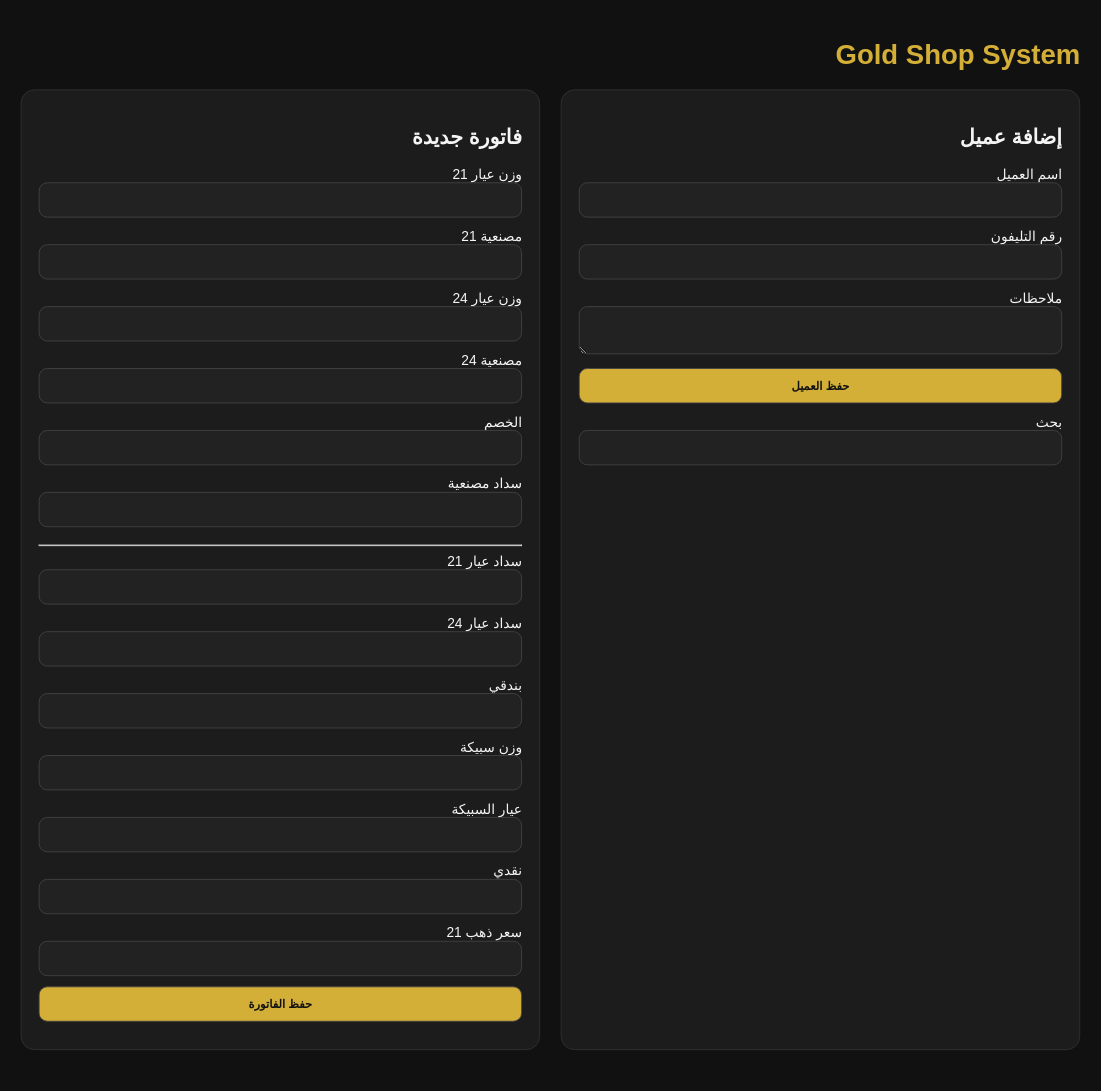
Repository: erineehab27/gold-shop
Page: /
The author's editor kept a copy of each file at every save. The page is drawn from the files as they stood at one save, then again after the next save.
The browser window is 1280 px wide. The pictures show the whole page, at 86% of full size.
The project was rebuilt for these pictures with package versions that can differ from the ones it lists, and the page was loaded fresh each time. Also part of the build but not shown: vite.config.js.

Above is the page before, as saved 2026-05-09 23:32:28.

### index.html
<!doctype html>
<html lang="en">
  <head>
    <meta charset="UTF-8" />
    <link rel="icon" type="image/svg+xml" href="/favicon.svg" />
    <meta name="viewport" content="width=device-width, initial-scale=1.0" />
    <title>gold-shop-system</title>
  </head>
  <body>
    <div id="root"></div>
    <script type="module" src="/src/main.jsx"></script>
  </body>
</html>

### src/main.jsx
import React from "react";
import ReactDOM from "react-dom/client";
import App from "./App.jsx";

ReactDOM.createRoot(document.getElementById("root")).render(
  <React.StrictMode>
    <App />
  </React.StrictMode>
);

### src/App.jsx


// import { useEffect, useState } from "react";
// import "./App.css";

// export default function App() {
//   const [customers, setCustomers] = useState([]);
//   const [selectedCustomer, setSelectedCustomer] = useState(null);
//   const [search, setSearch] = useState("");

//   const [customerForm, setCustomerForm] = useState({
//     name: "",
//     phone: "",
//     notes: "",
//   });

//   const [invoiceForm, setInvoiceForm] = useState({
//     type: "sale",

//     weight21: "",
//     workmanship21: "",

//     weight24: "",
//     workmanship24: "",

//     discount: "",

//     pay21: "",
//     pay24: "",
//     payCash: "",
//     goldPrice21: "",
//     payNugget: "",
//     payBarWeight: "",
//     payBarKarat: "",

//     payWorkmanship: "", // 🔥 سداد المصنعية
//   });

//   const [invoices, setInvoices] = useState([]);

//   useEffect(() => {
//     const savedCustomers = JSON.parse(localStorage.getItem("customers")) || [];
//     const savedInvoices = JSON.parse(localStorage.getItem("invoices")) || [];

//     setCustomers(savedCustomers);
//     setInvoices(savedInvoices);
//   }, []);

//   // 🔥 تقريب لرقمين عشري
//   const fix = (num) => Number(num.toFixed(2));

//   const to21_from24 = (w) => fix(w * (999.9 / 875));
//   const nuggetTo21 = (w) => fix(w * (991 / 875));
//   const barTo21 = (w, k) => fix((w * k) / 875);
//   const cashTo21 = (cash, price) => fix(price ? cash / price : 0);

//   const addCustomer = (e) => {
//     e.preventDefault();

//     if (!customerForm.name) return alert("اكتب اسم العميل");

//     const newCustomer = { id: Date.now(), ...customerForm };

//     const updated = [...customers, newCustomer];
//     setCustomers(updated);
//     localStorage.setItem("customers", JSON.stringify(updated));

//     setCustomerForm({ name: "", phone: "", notes: "" });

//     alert("تم حفظ العميل ✅");
//   };

//   const addInvoice = (e) => {
//     e.preventDefault();

//     if (!selectedCustomer) return alert("اختار عميل");

//     const w21 = Number(invoiceForm.weight21 || 0);
//     const w24 = Number(invoiceForm.weight24 || 0);

//     const eq21_from24 = to21_from24(w24);
//     const totalWeight21 = fix(w21 + eq21_from24);

//     // المصنعيات
//     const workmanshipTotal = fix(
//       Number(invoiceForm.workmanship21 || 0) +
//         Number(invoiceForm.workmanship24 || 0) -
//         Number(invoiceForm.discount || 0)
//     );

//     const payWorkmanship = Number(invoiceForm.payWorkmanship || 0);
//     const remainingWorkmanship = fix(workmanshipTotal - payWorkmanship);

//     // السداد
//     const pay21 = Number(invoiceForm.pay21 || 0);
//     const pay24 = to21_from24(Number(invoiceForm.pay24 || 0));
//     const payNuggetVal = nuggetTo21(Number(invoiceForm.payNugget || 0));
//     const payBarVal = barTo21(
//       Number(invoiceForm.payBarWeight || 0),
//       Number(invoiceForm.payBarKarat || 0)
//     );
//     const payCashVal = cashTo21(
//       Number(invoiceForm.payCash || 0),
//       Number(invoiceForm.goldPrice21 || 0)
//     );

//     const totalPaid21 = fix(
//       pay21 + pay24 + payNuggetVal + payBarVal + payCashVal
//     );

//     const remainingGold = fix(totalWeight21 - totalPaid21);

//     const newInvoice = {
//       id: Date.now(),
//       customer_id: selectedCustomer.id,
//       totalWeight21,
//       workmanshipTotal,
//       totalPaid21,
//       remainingGold,
//       remainingWorkmanship, // 🔥 المتبقي مصنعية
//       date: new Date().toLocaleString(),
//     };

//     const updated = [...invoices, newInvoice];
//     setInvoices(updated);
//     localStorage.setItem("invoices", JSON.stringify(updated));

//     alert("تم حفظ الفاتورة ✅");
//   };

//   const customerInvoices = invoices.filter(
//     (inv) => inv.customer_id === selectedCustomer?.id
//   );

//   const handleSearch = (value) => {
//     setSearch(value);
//     const all = JSON.parse(localStorage.getItem("customers")) || [];

//     if (!value) return setCustomers(all);

//     const filtered = all.filter(
//       (c) =>
//         c.name.includes(value) ||
//         c.phone.includes(value) ||
//         String(c.id).includes(value)
//     );

//     setCustomers(filtered);
//   };

//   return (
//     <div className="app">
//       <h1>Gold Shop System</h1>

//       <div className="grid">
//         <section className="card">
//           <h2>إضافة عميل</h2>

//           <form onSubmit={addCustomer}>
//             <label>اسم العميل</label>
//             <input
//               value={customerForm.name}
//               onChange={(e) =>
//                 setCustomerForm({ ...customerForm, name: e.target.value })
//               }
//             />

//             <label>رقم التليفون</label>
//             <input
//               value={customerForm.phone}
//               onChange={(e) =>
//                 setCustomerForm({ ...customerForm, phone: e.target.value })
//               }
//             />

//             <label>ملاحظات</label>
//             <textarea
//               value={customerForm.notes}
//               onChange={(e) =>
//                 setCustomerForm({ ...customerForm, notes: e.target.value })
//               }
//             />

//             <button>حفظ العميل</button>
//           </form>

//           <label>بحث</label>
//           <input
//             value={search}
//             onChange={(e) => handleSearch(e.target.value)}
//           />

//           <div className="list">
//             {customers.map((c) => (
//               <div
//                 key={c.id}
//                 className="customer"
//                 onClick={() => setSelectedCustomer(c)}
//               >
//                 <strong>#{c.id} - {c.name}</strong>
//                 <span>{c.phone}</span>
//               </div>
//             ))}
//           </div>
//         </section>

//         <section className="card">
//           <h2>فاتورة جديدة</h2>

//           {selectedCustomer && <p>{selectedCustomer.name}</p>}

//           <form onSubmit={addInvoice}>
//             <label>وزن عيار 21</label>
//             <input onChange={(e) =>
//               setInvoiceForm({ ...invoiceForm, weight21: e.target.value })
//             } />

//             <label>مصنعية 21</label>
//             <input onChange={(e) =>
//               setInvoiceForm({ ...invoiceForm, workmanship21: e.target.value })
//             } />

//             <label>وزن عيار 24</label>
//             <input onChange={(e) =>
//               setInvoiceForm({ ...invoiceForm, weight24: e.target.value })
//             } />

//             <label>مصنعية 24</label>
//             <input onChange={(e) =>
//               setInvoiceForm({ ...invoiceForm, workmanship24: e.target.value })
//             } />

//             <label>الخصم</label>
//             <input onChange={(e) =>
//               setInvoiceForm({ ...invoiceForm, discount: e.target.value })
//             } />

//             <label>سداد مصنعية</label>
//             <input onChange={(e) =>
//               setInvoiceForm({ ...invoiceForm, payWorkmanship: e.target.value })
//             } />

//             <hr />

//             <label>سداد عيار 21</label>
//             <input onChange={(e) =>
//               setInvoiceForm({ ...invoiceForm, pay21: e.target.value })
//             } />

//             <label>سداد عيار 24</label>
//             <input onChange={(e) =>
//               setInvoiceForm({ ...invoiceForm, pay24: e.target.value })
//             } />

//             <label>بندقي</label>
//             <input onChange={(e) =>
//               setInvoiceForm({ ...invoiceForm, payNugget: e.target.value })
//             } />

//             <label>وزن سبيكة</label>
//             <input onChange={(e) =>
//               setInvoiceForm({ ...invoiceForm, payBarWeight: e.target.value })
//             } />

//             <label>عيار السبيكة</label>
//             <input onChange={(e) =>
//               setInvoiceForm({ ...invoiceForm, payBarKarat: e.target.value })
//             } />

//             <label>نقدي</label>
//             <input onChange={(e) =>
//               setInvoiceForm({ ...invoiceForm, payCash: e.target.value })
//             } />

//             <label>سعر ذهب 21</label>
//             <input onChange={(e) =>
//               setInvoiceForm({ ...invoiceForm, goldPrice21: e.target.value })
//             } />

//             <button>حفظ الفاتورة</button>
//           </form>
//         </section>
//       </div>

//       <section className="card">
//         <h2>كشف الحساب</h2>

//         {selectedCustomer && (
//           <table>
//             <thead>
//               <tr>
//                 <th>إجمالي 21</th>
//                 <th>مصنعية</th>
//                 <th>المتبقي مصنعية</th>
//                 <th>مدفوع 21</th>
//                 <th>المتبقي</th>
//                 <th>تاريخ</th>
//               </tr>
//             </thead>

//             <tbody>
//               {customerInvoices.map((inv) => (
//                 <tr key={inv.id}>
//                   <td>{inv.totalWeight21}</td>
//                   <td>{inv.workmanshipTotal}</td>
//                   <td>{inv.remainingWorkmanship}</td>
//                   <td>{inv.totalPaid21}</td>
//                   <td>{inv.remainingGold}</td>
//                   <td>{inv.date}</td>
//                 </tr>
//               ))}
//             </tbody>
//           </table>
//         )}
//       </section>
//     </div>
//   );
// }










import { useEffect, useState } from "react";
import "./App.css";

export default function App() {
  const [customers, setCustomers] = useState([]);
  const [selectedCustomer, setSelectedCustomer] = useState(null);
  const [search, setSearch] = useState("");

  const [customerForm, setCustomerForm] = useState({
    name: "",
    phone: "",
    notes: "",
  });

  const [invoiceForm, setInvoiceForm] = useState({
    type: "sale",

    weight21: "",
    workmanship21: "",

    weight24: "",
    workmanship24: "",

    discount: "",

    pay21: "",
    pay24: "",
    payCash: "",
    goldPrice21: "",
    payNugget: "",
    payBarWeight: "",
    payBarKarat: "",

    payWorkmanship: "", // 🔥 سداد المصنعية
  });

  const [invoices, setInvoices] = useState([]);

  useEffect(() => {
    const savedCustomers = JSON.parse(localStorage.getItem("customers")) || [];
    const savedInvoices = JSON.parse(localStorage.getItem("invoices")) || [];

    setCustomers(savedCustomers);
    setInvoices(savedInvoices);
  }, []);

  // 🔥 تقريب لرقمين عشري
  const fix = (num) => Number(num.toFixed(2));

  const to21_from24 = (w) => fix(w * (999.9 / 875));
  const nuggetTo21 = (w) => fix(w * (991 / 875));
  const barTo21 = (w, k) => fix((w * k) / 875);
  const cashTo21 = (cash, price) => fix(price ? cash / price : 0);

  const addCustomer = (e) => {
    e.preventDefault();

    if (!customerForm.name) return alert("اكتب اسم العميل");

    const newCustomer = { id: Date.now(), ...customerForm };

    const updated = [...customers, newCustomer];
    setCustomers(updated);
    localStorage.setItem("customers", JSON.stringify(updated));

    setCustomerForm({ name: "", phone: "", notes: "" });

    alert("تم حفظ العميل ✅");
  };

  const addInvoice = (e) => {
    e.preventDefault();

    if (!selectedCustomer) return alert("اختار عميل");

    const w21 = Number(invoiceForm.weight21 || 0);
    const w24 = Number(invoiceForm.weight24 || 0);

    const eq21_from24 = to21_from24(w24);
    const totalWeight21 = fix(w21 + eq21_from24);

    // المصنعيات
    const workmanshipTotal = fix(
      Number(invoiceForm.workmanship21 || 0) +
        Number(invoiceForm.workmanship24 || 0) -
        Number(invoiceForm.discount || 0)
    );

    const payWorkmanship = Number(invoiceForm.payWorkmanship || 0);
    const remainingWorkmanship = fix(workmanshipTotal - payWorkmanship);

    // السداد
    const pay21 = Number(invoiceForm.pay21 || 0);
    const pay24 = to21_from24(Number(invoiceForm.pay24 || 0));
    const payNuggetVal = nuggetTo21(Number(invoiceForm.payNugget || 0));
    const payBarVal = barTo21(
      Number(invoiceForm.payBarWeight || 0),
      Number(invoiceForm.payBarKarat || 0)
    );
    const payCashVal = cashTo21(
      Number(invoiceForm.payCash || 0),
      Number(invoiceForm.goldPrice21 || 0)
    );

    const totalPaid21 = fix(
      pay21 + pay24 + payNuggetVal + payBarVal + payCashVal
    );

    const remainingGold = fix(totalWeight21 - totalPaid21);

    const newInvoice = {
      id: Date.now(),
      customer_id: selectedCustomer.id,
      totalWeight21,
      workmanshipTotal,
      totalPaid21,
      remainingGold,
      remainingWorkmanship, // 🔥 المتبقي مصنعية
      date: new Date().toLocaleString(),
    };

    const updated = [...invoices, newInvoice];
    setInvoices(updated);
    localStorage.setItem("invoices", JSON.stringify(updated));

    alert("تم حفظ الفاتورة ✅");
  };

  const customerInvoices = invoices.filter(
    (inv) => inv.customer_id === selectedCustomer?.id
  );

  const handleSearch = (value) => {
    setSearch(value);
    const all = JSON.parse(localStorage.getItem("customers")) || [];

    if (!value) return setCustomers(all);

    const filtered = all.filter(
      (c) =>
        c.name.includes(value) ||
        c.phone.includes(value) ||
        String(c.id).includes(value)
    );

    setCustomers(filtered);
  };

  return (
    <div className="app">
      <h1>Gold Shop System</h1>

      <div className="grid">
        <section className="card">
          <h2>إضافة عميل</h2>

          <form onSubmit={addCustomer}>
            <label>اسم العميل</label>
            <input
              value={customerForm.name}
              onChange={(e) =>
                setCustomerForm({ ...customerForm, name: e.target.value })
              }
            />

            <label>رقم التليفون</label>
            <input
              value={customerForm.phone}
              onChange={(e) =>
                setCustomerForm({ ...customerForm, phone: e.target.value })
              }
            />

            <label>ملاحظات</label>
            <textarea
              value={customerForm.notes}
              onChange={(e) =>
                setCustomerForm({ ...customerForm, notes: e.target.value })
              }
            />

            <button>حفظ العميل</button>
          </form>

          <label>بحث</label>
          <input
            value={search}
            onChange={(e) => handleSearch(e.target.value)}
          />

          <div className="list">
            {customers.map((c) => (
              <div
                key={c.id}
                className="customer"
                onClick={() => setSelectedCustomer(c)}
              >
                <strong>#{c.id} - {c.name}</strong>
                <span>{c.phone}</span>
              </div>
            ))}
          </div>
        </section>

        <section className="card">
          <h2>فاتورة جديدة</h2>

          {selectedCustomer && <p>{selectedCustomer.name}</p>}

          <form onSubmit={addInvoice}>
            <label>وزن عيار 21</label>
            <input onChange={(e) =>
              setInvoiceForm({ ...invoiceForm, weight21: e.target.value })
            } />

            <label>مصنعية 21</label>
            <input onChange={(e) =>
              setInvoiceForm({ ...invoiceForm, workmanship21: e.target.value })
            } />

            <label>وزن عيار 24</label>
            <input onChange={(e) =>
              setInvoiceForm({ ...invoiceForm, weight24: e.target.value })
            } />

            <label>مصنعية 24</label>
            <input onChange={(e) =>
              setInvoiceForm({ ...invoiceForm, workmanship24: e.target.value })
            } />

            <label>الخصم</label>
            <input onChange={(e) =>
              setInvoiceForm({ ...invoiceForm, discount: e.target.value })
            } />

            <label>سداد مصنعية</label>
            <input onChange={(e) =>
              setInvoiceForm({ ...invoiceForm, payWorkmanship: e.target.value })
            } />

            <hr />

            <label>سداد عيار 21</label>
            <input onChange={(e) =>
              setInvoiceForm({ ...invoiceForm, pay21: e.target.value })
            } />

            <label>سداد عيار 24</label>
            <input onChange={(e) =>
              setInvoiceForm({ ...invoiceForm, pay24: e.target.value })
            } />

            <label>بندقي</label>
            <input onChange={(e) =>
              setInvoiceForm({ ...invoiceForm, payNugget: e.target.value })
            } />

            <label>وزن سبيكة</label>
            <input onChange={(e) =>
              setInvoiceForm({ ...invoiceForm, payBarWeight: e.target.value })
            } />

            <label>عيار السبيكة</label>
            <input onChange={(e) =>
              setInvoiceForm({ ...invoiceForm, payBarKarat: e.target.value })
            } />

            <label>نقدي</label>
            <input onChange={(e) =>
              setInvoiceForm({ ...invoiceForm, payCash: e.target.value })
            } />

            <label>سعر ذهب 21</label>
            <input onChange={(e) =>
              setInvoiceForm({ ...invoiceForm, goldPrice21: e.target.value })
            } />

            <button>حفظ الفاتورة</button>
          </form>
        </section>
      </div>


    </div>
  );
}

Loaded but not shown: src/App.css (99 lines, source omitted)

After the next save:
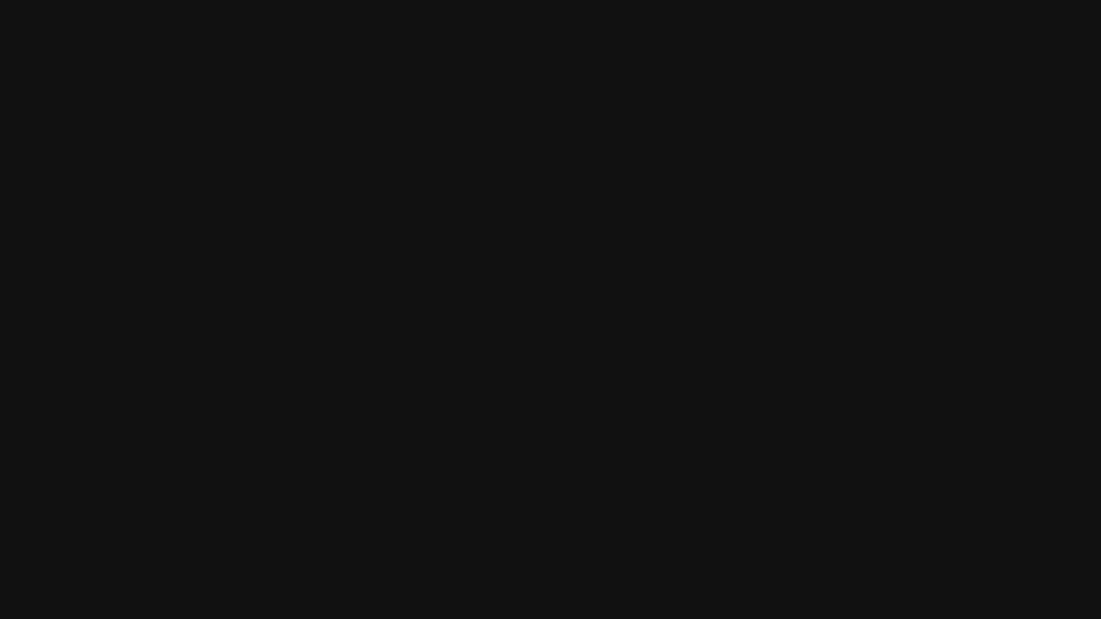
Console error: ReferenceError: items is not defined
Saved 9 s later.
--- a/src/App.jsx
+++ b/src/App.jsx
@@ -608,7 +608,59 @@
         </section>
       </div>
 
-
+      <section className="card">
+  <h2>الأصناف</h2>
+
+  {selectedCustomer && <p>{selectedCustomer.name}</p>}
+
+  <table>
+    <thead>
+      <tr>
+        <th>الصنف</th>
+        <th>عدد</th>
+        <th>وزن</th>
+        <th>عيار</th>
+        <th>نوع</th>
+        <th>مصنعية</th>
+      </tr>
+    </thead>
+
+    <tbody>
+      {items.map((item, i) => (
+        <tr key={i}>
+          <td>
+            <input onChange={(e) => handleItemChange(i, "name", e.target.value)} />
+          </td>
+
+          <td>
+            <input onChange={(e) => handleItemChange(i, "count", e.target.value)} />
+          </td>
+
+          <td>
+            <input onChange={(e) => handleItemChange(i, "weight", e.target.value)} />
+          </td>
+
+          <td>
+            <input onChange={(e) => handleItemChange(i, "karat", e.target.value)} />
+          </td>
+
+          <td>
+            <select onChange={(e) => handleItemChange(i, "type", e.target.value)}>
+              <option value="gram">جرام</option>
+              <option value="piece">قطعة</option>
+            </select>
+          </td>
+
+          <td>
+            <input onChange={(e) => handleItemChange(i, "workmanship", e.target.value)} />
+          </td>
+        </tr>
+      ))}
+    </tbody>
+  </table>
+
+  <button onClick={addRow}>➕ إضافة صنف</button>
+</section>
     </div>
   );
 }

After the 2 saves that followed:
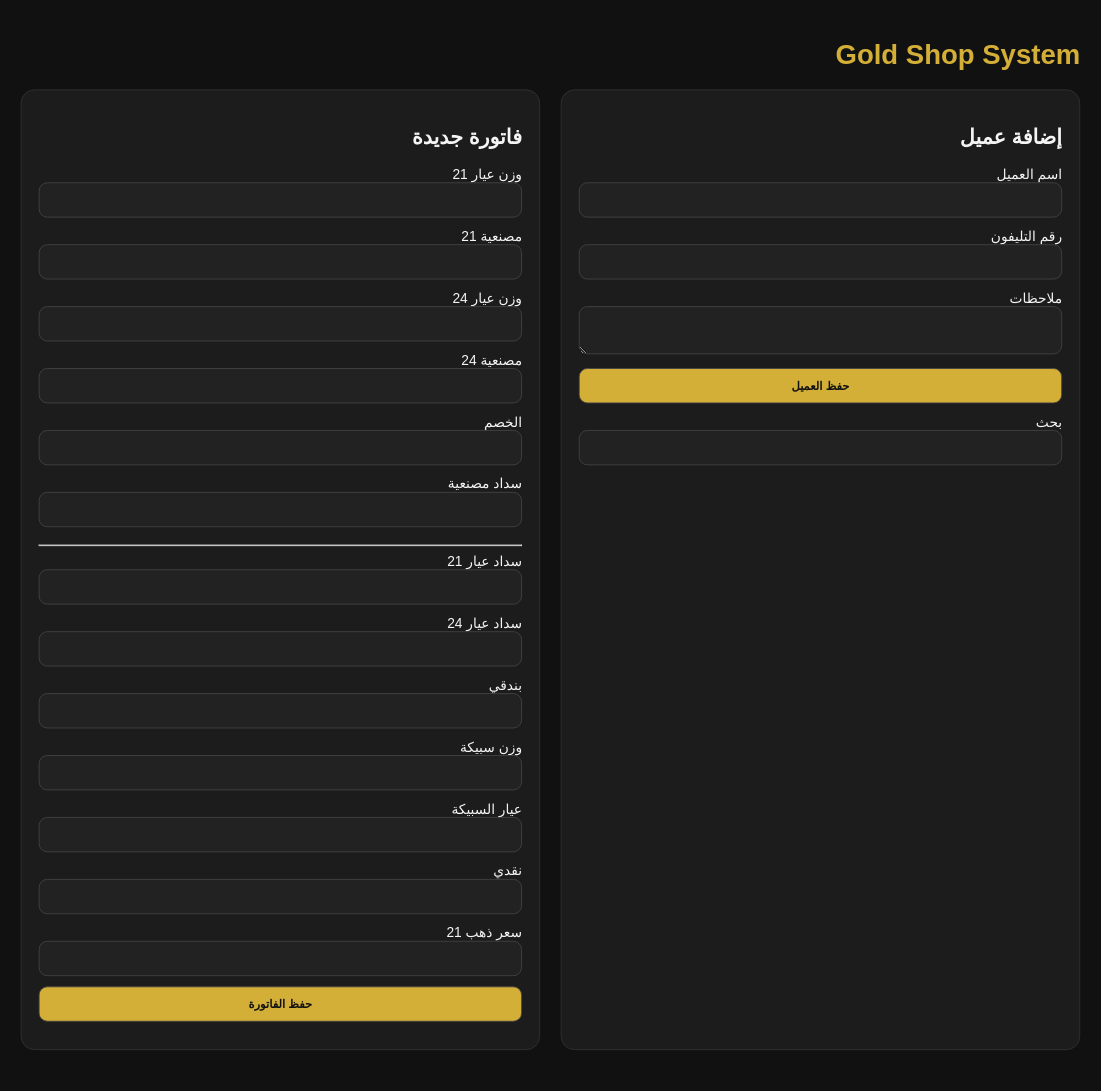
The error is gone.
The 2 saves are shown as one change because they came seconds apart.
The last was saved 59 s later.
--- a/src/App.jsx
+++ b/src/App.jsx
@@ -608,59 +608,7 @@
         </section>
       </div>
 
-      <section className="card">
-  <h2>الأصناف</h2>
-
-  {selectedCustomer && <p>{selectedCustomer.name}</p>}
-
-  <table>
-    <thead>
-      <tr>
-        <th>الصنف</th>
-        <th>عدد</th>
-        <th>وزن</th>
-        <th>عيار</th>
-        <th>نوع</th>
-        <th>مصنعية</th>
-      </tr>
-    </thead>
-
-    <tbody>
-      {items.map((item, i) => (
-        <tr key={i}>
-          <td>
-            <input onChange={(e) => handleItemChange(i, "name", e.target.value)} />
-          </td>
-
-          <td>
-            <input onChange={(e) => handleItemChange(i, "count", e.target.value)} />
-          </td>
-
-          <td>
-            <input onChange={(e) => handleItemChange(i, "weight", e.target.value)} />
-          </td>
-
-          <td>
-            <input onChange={(e) => handleItemChange(i, "karat", e.target.value)} />
-          </td>
-
-          <td>
-            <select onChange={(e) => handleItemChange(i, "type", e.target.value)}>
-              <option value="gram">جرام</option>
-              <option value="piece">قطعة</option>
-            </select>
-          </td>
-
-          <td>
-            <input onChange={(e) => handleItemChange(i, "workmanship", e.target.value)} />
-          </td>
-        </tr>
-      ))}
-    </tbody>
-  </table>
-
-  <button onClick={addRow}>➕ إضافة صنف</button>
-</section>
+
     </div>
   );
 }
